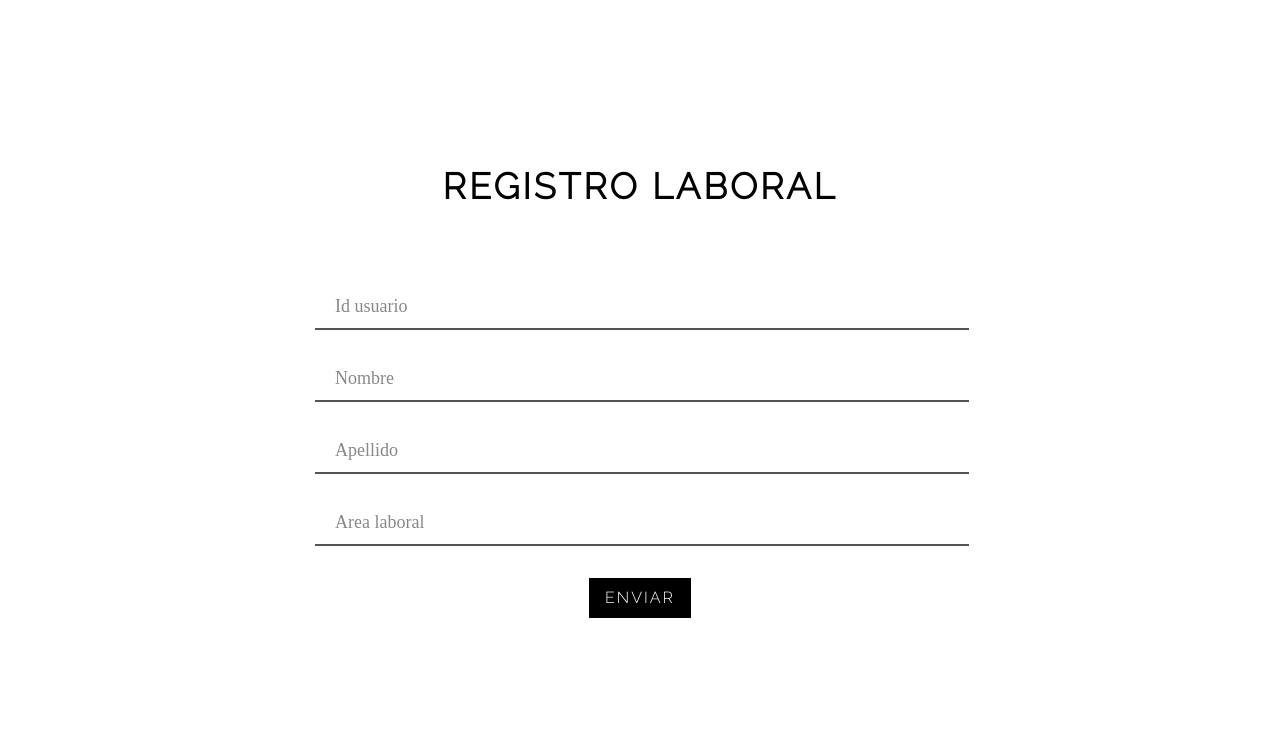
Repository: Alejandr0Aceved0/AWS_SERVICES_AND_INSTANCES
Page: register.html
The author's editor kept a copy of each file at every save. The page is drawn from the files as they stood at one save, then again after the next save.
The browser window is 1280 px wide. The pictures show the whole page.
Some web fonts or font styles are not loaded; a fallback is used.

Above is the page before, as saved 2024-10-17 16:24:28.

### register.html
<!DOCTYPE html>
<html>

<head>
    <meta charset='utf-8'>
    <meta http-equiv='X-UA-Compatible' content='IE=edge'>
    <title>Register Page</title>
    <meta name='viewport' content='width=device-width, initial-scale=1'>
    <link rel='stylesheet' type='text/css' media='screen' href='styles/appRegister.css'>
    <script src='appRegister.js'></script>
</head>

<body>

    <section class="get-in-touch">
        <h1 class="title">Registro Laboral</h1>
        <form class="contact-form ">
           <div class="form-field col x-50">
              <input id="name" class="input-text js-input" type="text" required>
              <label class="label" for="name">Id usuario</label>
           </div>
           <div class="form-field col x-50">
              <input id="email" class="input-text js-input" type="email" required>
              <label class="label" for="email">Nombre</label>
           </div>
           <div class="form-field col x-100">
              <input id="message" class="input-text js-input" type="text" required>
              <label class="label" for="message">Apellido</label>
           </div>

           <div class="form-field col x-100">
            <input id="message" class="input-text js-input" type="text" required>
            <label class="label" for="message">Area laboral</label>
           </div>

           <div class="form-field col x-100 align-center">
              <input class="submit-btn" type="submit" value="Enviar">
           </div>
        </form>
     </section>



    <!-- <div class="form-field col x-50">
        <input id="name" class="input-text js-input" type="text" required>
        <label class="label" for="name">Name</label>
     </div>

    <p>
    <h1>Registro de usuario</h1>

    <input type="text" placeholder="Id usuario" class="form-input-text__FormInput-sc-xxedi2-0 form-input-text___StyledFormInput-sc-xxedi2-1 dzARff ldZduL">
    <br>

    <input type="text" placeholder="Nombre" class="form-input-text__FormInput-sc-xxedi2-0 form-input-text___StyledFormInput-sc-xxedi2-1 dzARff ldZduL">
    <br>

    <input type="text" placeholder="Apellido" class="form-input-text__FormInput-sc-xxedi2-0 form-input-text___StyledFormInput-sc-xxedi2-1 dzARff ldZduL">
    <br>

    <input type="text" placeholder="Area laboral" class="form-input-text__FormInput-sc-xxedi2-0 form-input-text___StyledFormInput-sc-xxedi2-1 dzARff ldZduL">
    <br>
    <br>

    <input type="text" placeholder="Click Me!" class="form-input-text__FormInput-sc-xxedi2-0 form-input-text___StyledFormInput-sc-xxedi2-1 dzARff ldZduL">
    <br>

    <button class="button-30" role="button">Registrar</button> -->
</body>

</html>

### styles/appRegister.css
@import url(https://fonts.googleapis.com/css?family=Raleway:300);
@import url(https://fonts.googleapis.com/css?family=Lusitana:400,700);

@mixin clearfix {
    &:after {
        content: "";
        display: table;
        clear: both;
    }
}

.align-center {
    text-align: center;
}


html {
    height: 100%;
}

body {
    height: 100%;
    position: relative;
}

.row {
    @include clearfix;
    margin: -20px 0;

    .col {
        padding: 0 20px;
        float: left;
        box-sizing: border-box;

        &.x-50 {
            width: 50%;
        }

        &.x-100 {
            width: 100%;
        }
    }
}

.content-wrapper {
    min-height: 100%;
    position: relative;
}

.get-in-touch {
    max-width: 650px;
    margin: 0 auto;
    position: relative;
    top: 50%;
    transform: translateY(-50%);

    .title {
        text-align: center;
        font-family: Raleway, sans-serif;
        text-transform: uppercase;
        letter-spacing: 3px;
        font-size: 36px;
        line-height: 48px;
        padding-bottom: 48px;
    }
}

.contact-form {
    .form-field {
        position: relative;
        margin: 32px 0;
    }

    .input-text {
        display: block;
        width: 100%;
        height: 36px;
        border-width: 0 0 2px 0;
        border-color: #000;
        font-family: Lusitana, serif;
        font-size: 18px;
        line-height: 26px;
        font-weight: 400;

        &:focus {
            outline: none;
        }

        &:focus,
        &.not-empty {
            +.label {
                transform: translateY(-24px);
            }
        }
    }

    .label {
        position: absolute;
        left: 20px;
        bottom: 11px;
        font-family: Lusitana, serif;
        font-size: 18px;
        line-height: 26px;
        font-weight: 400;
        color: #888;
        cursor: text;
        transition: transform .2s ease-in-out;
    }

    .submit-btn {
        display: inline-block;
        background-color: #000;
        color: #fff;
        font-family: Raleway, sans-serif;
        text-transform: uppercase;
        letter-spacing: 2px;
        font-size: 16px;
        line-height: 24px;
        padding: 8px 16px;
        border: none;
        cursor: pointer;
    }
}

.note {
    position: absolute;
    left: 0;
    bottom: 10px;
    width: 100%;
    text-align: center;
    font-family: Lusitana, serif;
    font-size: 16px;
    line-height: 21px;

    .link {
        color: #888;
        text-decoration: none;

        &:hover {
            text-decoration: underline;
        }
    }
}


.button-30 {
    align-items: center;
    appearance: none;
    background-color: #FCFCFD;
    border-radius: 4px;
    border-width: 0;
    box-shadow: rgba(45, 35, 66, 0.4) 0 2px 4px, rgba(45, 35, 66, 0.3) 0 7px 13px -3px, #D6D6E7 0 -3px 0 inset;
    box-sizing: border-box;
    color: #36395A;
    cursor: pointer;
    display: inline-flex;
    font-family: "JetBrains Mono", monospace;
    height: 48px;
    justify-content: center;
    line-height: 1;
    list-style: none;
    overflow: hidden;
    padding-left: 16px;
    padding-right: 16px;
    position: relative;
    text-align: left;
    text-decoration: none;
    transition: box-shadow .15s, transform .15s;
    user-select: none;
    -webkit-user-select: none;
    touch-action: manipulation;
    white-space: nowrap;
    will-change: box-shadow, transform;
    font-size: 18px;
}

.button-30:focus {
    box-shadow: #D6D6E7 0 0 0 1.5px inset, rgba(45, 35, 66, 0.4) 0 2px 4px, rgba(45, 35, 66, 0.3) 0 7px 13px -3px, #D6D6E7 0 -3px 0 inset;
}

.button-30:hover {
    box-shadow: rgba(45, 35, 66, 0.4) 0 4px 8px, rgba(45, 35, 66, 0.3) 0 7px 13px -3px, #D6D6E7 0 -3px 0 inset;
    transform: translateY(-2px);
}

.button-30:active {
    box-shadow: #D6D6E7 0 3px 7px inset;
    transform: translateY(2px);
}

Loaded but not shown: appRegister.js (no copy from this time; the picture is the same without it)

After the next save:
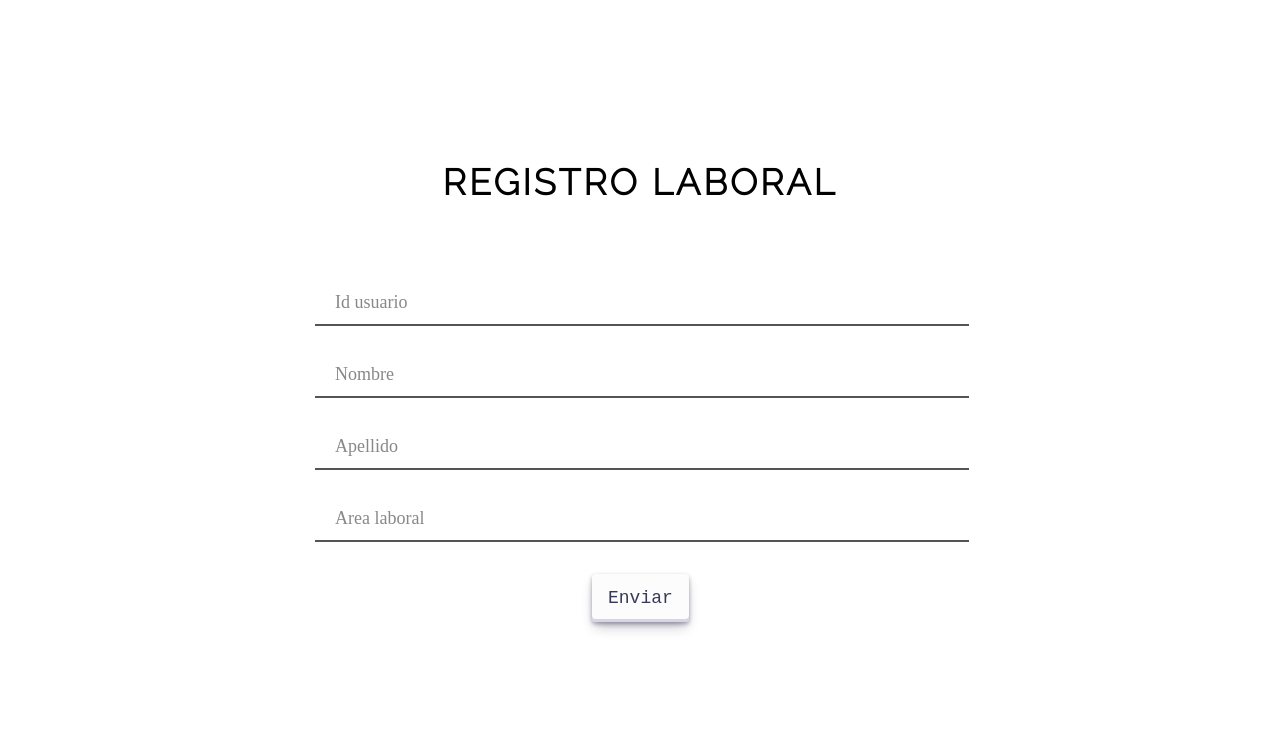
Saved 7 min 52 s later.
--- a/register.html
+++ b/register.html
@@ -34,7 +34,7 @@
            </div>
 
            <div class="form-field col x-100 align-center">
-              <input class="submit-btn" type="submit" value="Enviar">
+            <button class="button-30" type="submit" role="button">Enviar</button>
            </div>
         </form>
      </section>
